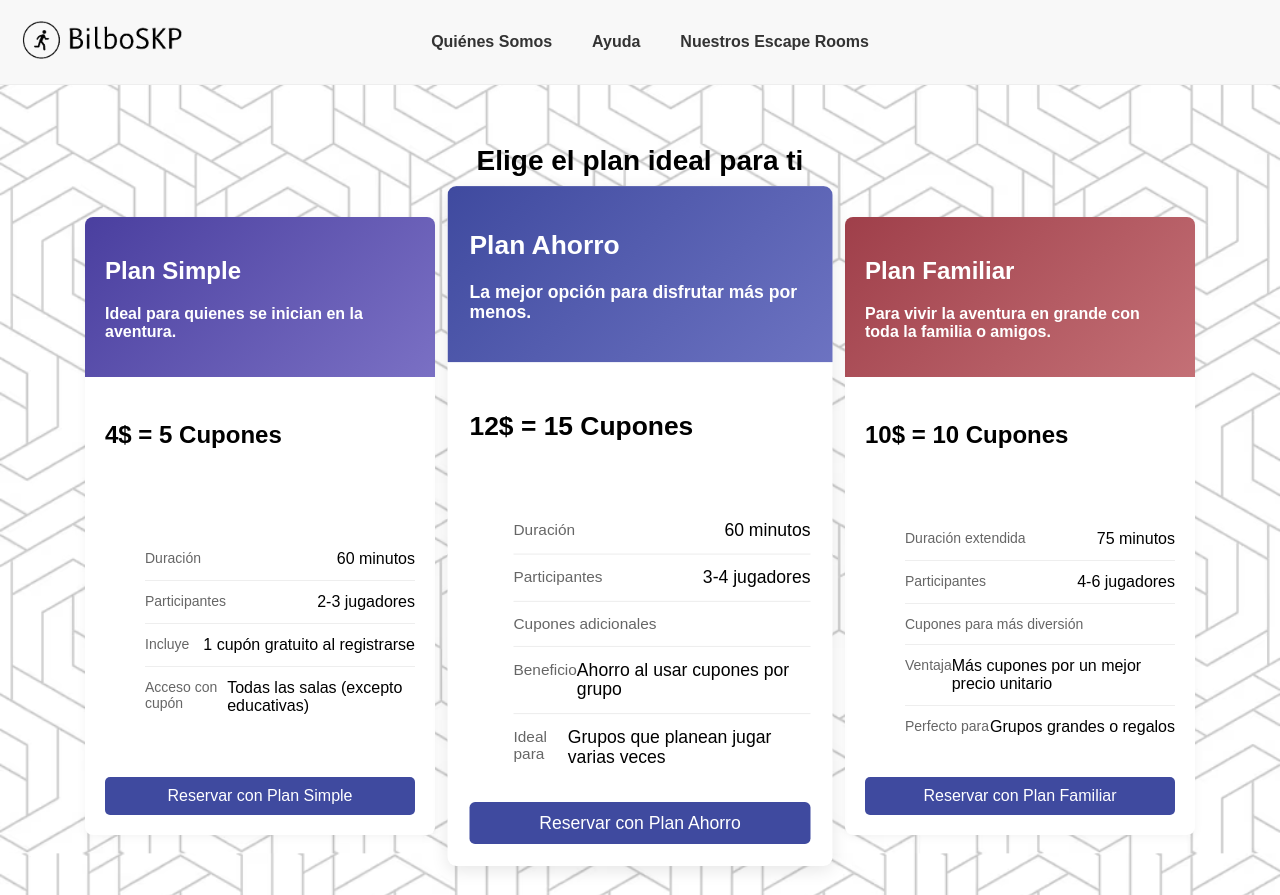
Repository: Andrew1447/Reto3-main
Page: http://localhost/bilboSKP/Packcupones.jsp?lang=es
An editor plug-in stored every save of this project. The page is shown before and after the next save, followed by the edit.
The browser window is 1280 px wide. The pictures show the whole page.
Backgrounds fixed to the window are drawn as part of the page. Some web fonts or font styles are not loaded; a fallback is used. The page is served by Tomcat 9.

Above is the page before, as saved 2025-04-25 18:45:41.

After the next save:
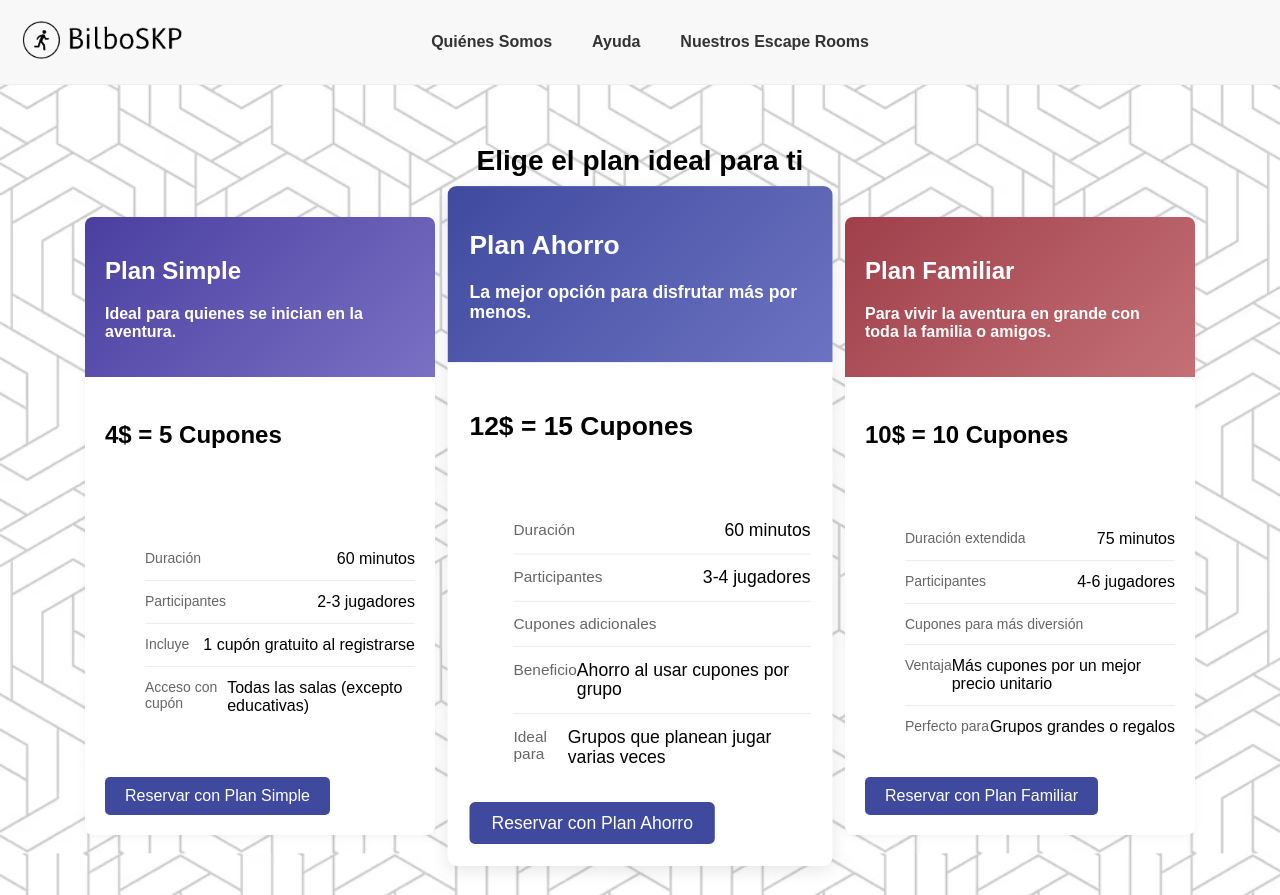
Saved 38 s later.
--- a/bilboSKP/src/main/webapp/Packcupones.jsp
+++ b/bilboSKP/src/main/webapp/Packcupones.jsp
@@ -34,7 +34,6 @@
                     <div class="price">
                         <p> 4$ = 5 Cupones</p>
                     </div>
-
                     <ul class="feature-list">
                         <li>
                             <span class="feature-label">Duración</span>
@@ -53,7 +52,10 @@
                             <span class="feature-value">Todas las salas (excepto educativas)</span>
                         </li>
                     </ul>
-                    <a href="#" class="plan-button" onclick="window.location.href='Pasarela.jsp'">Reservar con Plan Simple</a>
+                    <form action="SumarCupones" method="post">
+                        <input type="hidden" name="plan" value="simple">
+                        <button type="submit" class="plan-button">Reservar con Plan Simple</button>
+                    </form>
                 </div>
             </div>
 
@@ -65,7 +67,6 @@
                     <div class="price">
                         <p>12$ = 15 Cupones</p>
                     </div>
-
                     <ul class="feature-list">
                         <li>
                             <span class="feature-label">Duración</span>
@@ -87,7 +88,10 @@
                             <span class="feature-value">Grupos que planean jugar varias veces</span>
                         </li>
                     </ul>
-                    <a href="#" class="plan-button" onclick="window.location.href='Pasarela.jsp'">Reservar con Plan Ahorro</a>
+                    <form action="SumarCupones" method="post">
+                        <input type="hidden" name="plan" value="ahorro">
+                        <button type="submit" class="plan-button">Reservar con Plan Ahorro</button>
+                    </form>
                 </div>
             </div>
 
@@ -100,7 +104,6 @@
                     <div class="price">
                         <p>10$ = 10 Cupones</p>
                     </div>
-
                     <ul class="feature-list">
                         <li>
                             <span class="feature-label">Duración extendida</span>
@@ -122,7 +125,10 @@
                             <span class="feature-value">Grupos grandes o regalos</span>
                         </li>
                     </ul>
-                    <a href="#" class="plan-button" onclick="window.location.href='Pasarela.jsp'">Reservar con Plan Familiar</a>
+                    <form action="SumarCupones" method="post">
+                        <input type="hidden" name="plan" value="familiar">
+                        <button type="submit" class="plan-button">Reservar con Plan Familiar</button>
+                    </form>
                 </div>
             </div>
         </div>
